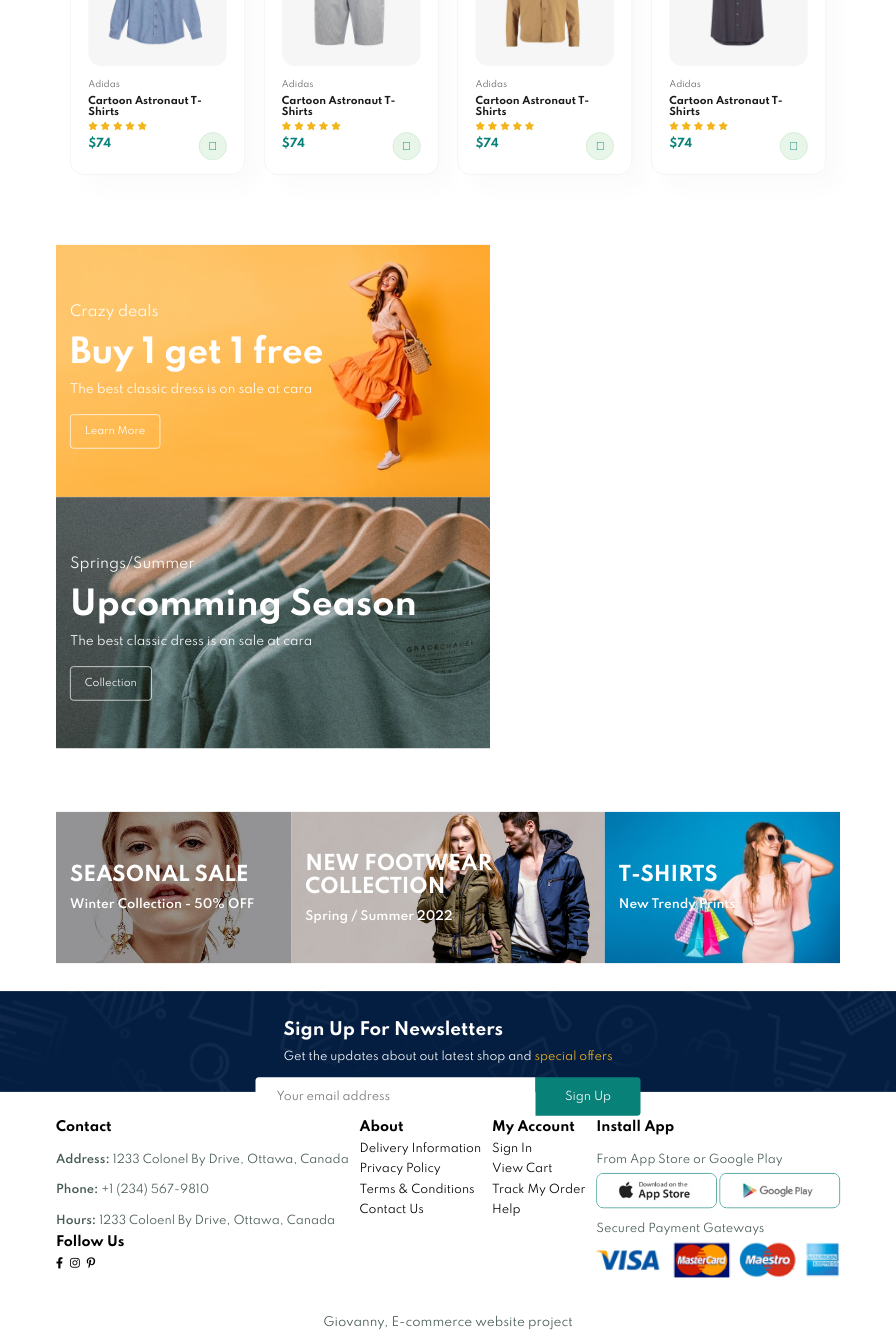
Repository: Daryllgio/E-Commerce-Website-UI
Page: index.html
An editor plug-in stored every save of this project. The page is shown before and after the next save, followed by the edit.
The browser window is 1280 px wide. The pictures show the part of the page from y = 3137 to 5057 px (the page is 5057 px tall), at 70% of full size.
Some web libraries are served in a nearby version.

Above is the page before, as saved 2025-01-09 08:56:28.

### index.html
<!DOCTYPE html>
<html lang="en">

<head>
    <meta charset="UTF-8">
    <meta http-equiv="X-UA-Compatible" content="IE=edge">
    <meta name="viewport" content="width=device-width, initial-scale=1.0">
    <title>Giovanny's Ecommerce UserInterface</title>
    <link rel="stylesheet" href="https://pro.fontawesome.com/releases/v5.10.0/css/all.css" />

    <link rel="stylesheet" href="style.css">
</head>

<body>
    <section id="header">
        <a href="#"><img src="img/logo.png" id="logo" class="logo" alt=""></a>

        <div>
            <ul id="navbar">
                <li>
                    <a class="active" href="index.html">Home</a>
                </li>
                <li>
                    <a href="shop.html">Shop</a>
                </li>
                <li>
                    <a href="contact.html">Contact</a>
                </li>
                <li id="lg-bag">
                    <a href="cart.html"><i class="fa fa-shopping-cart" aria-hidden="true"></i></a>
                </li>
                <a href="#" id="close"><i class="far fa-times"></i></a>

            </ul>
        </div>
        <div id="mobile">
            <a href="cart.html"><i class="fa fa-shopping-cart" aria-hidden="true"></i></a>
            <i id="bar" class="fas fa-outdent"></i>
        </div>
    </section>

    <section id="HomeHeaderContent">
        <h4>
            Trade-in-offer
        </h4>
        <h2>
            Super value deals
        </h2>
        <h1>
            On all products
        </h1>
        <p>
            Save more with Coupons & up to 70% off !
        </p>
        <button>
            Shop now
        </button>

    </section>

    <section id="Features" class="section-p1">
        <div class="fe-box">
            <img src="img/features/f1.png" alt="">
            <h6>Free Shipping</h6>
        </div>
        <div class="fe-box">
            <img src="img/features/f2.png" alt="">
            <h6>Online Offer</h6>
        </div>
        <div class="fe-box">
            <img src="img/features/f3.png" alt="">
            <h6>Save Money</h6>
        </div>
        <div class="fe-box">
            <img src="img/features/f4.png" alt="">
            <h6>Promotions</h6>
        </div>
        <div class="fe-box">
            <img src="img/features/f5.png" alt="">
            <h6>Happy Sell</h6>
        </div>
        <div class="fe-box">
            <img src="img/features/f6.png" alt="">
            <h6>F24/7 Support</h6>
        </div>
    </section>

    <section id="product1" class="section-p1">
        <h2>
            Feautured Products
        </h2>
        <p>
            Summer Collection New Morden Design
        </p>
        <div class="pro-container">
            <div class="pro">
                <img src="img/products/f1.jpg" alt="">
                <div class="des">
                    <span>Adidas</span>
                    <h5>Cartoon Astronaut T-Shirts</h5>
                    <div class="star">
                        <i class="fas fa-star"></i>
                        <i class="fas fa-star"></i>
                        <i class="fas fa-star"></i>
                        <i class="fas fa-star"></i>
                        <i class="fas fa-star"></i>
                    </div>
                    <div class="Shop">
                        <h4>$74</h4>
                        <a href="#"><i class="fal fa-shopping-cart "></i></a>
                    </div>

                </div>
            </div>

            <div class="pro">
                <img src="img/products/f2.jpg" alt="">
                <div class="des">
                    <span>Adidas</span>
                    <h5>Cartoon Astronaut T-Shirts</h5>
                    <div class="star">
                        <i class="fas fa-star"></i>
                        <i class="fas fa-star"></i>
                        <i class="fas fa-star"></i>
                        <i class="fas fa-star"></i>
                        <i class="fas fa-star"></i>
                    </div>
                    <div class="Shop">
                        <h4>$74</h4>
                        <a href="#"><i class="fal fa-shopping-cart "></i></a>
                    </div>

                </div>
            </div>

            <div class="pro">
                <img src="img/products/f3.jpg" alt="">
                <div class="des">
                    <span>Adidas</span>
                    <h5>Cartoon Astronaut T-Shirts</h5>
                    <div class="star">
                        <i class="fas fa-star"></i>
                        <i class="fas fa-star"></i>
                        <i class="fas fa-star"></i>
                        <i class="fas fa-star"></i>
                        <i class="fas fa-star"></i>
                    </div>
                    <div class="Shop">
                        <h4>$74</h4>
                        <a href="#"><i class="fal fa-shopping-cart "></i></a>
                    </div>

                </div>
            </div>

            <div class="pro">
                <img src="img/products/f4.jpg" alt="">
                <div class="des">
                    <span>Adidas</span>
                    <h5>Cartoon Astronaut T-Shirts</h5>
                    <div class="star">
                        <i class="fas fa-star"></i>
                        <i class="fas fa-star"></i>
                        <i class="fas fa-star"></i>
                        <i class="fas fa-star"></i>
                        <i class="fas fa-star"></i>
                    </div>
                    <div class="Shop">
                        <h4>$74</h4>
                        <a href="#"><i class="fal fa-shopping-cart "></i></a>
                    </div>

                </div>
            </div>

            <div class="pro">
                <img src="img/products/f5.jpg" alt="">
                <div class="des">
                    <span>Adidas</span>
                    <h5>Cartoon Astronaut T-Shirts</h5>
                    <div class="star">
                        <i class="fas fa-star"></i>
                        <i class="fas fa-star"></i>
                        <i class="fas fa-star"></i>
                        <i class="fas fa-star"></i>
                        <i class="fas fa-star"></i>
                    </div>
                    <div class="Shop">
                        <h4>$74</h4>
                        <a href="#"><i class="fal fa-shopping-cart "></i></a>
                    </div>

                </div>
            </div>

            <div class="pro">
                <img src="img/products/f6.jpg" alt="">
                <div class="des">
                    <span>Adidas</span>
                    <h5>Cartoon Astronaut T-Shirts</h5>
                    <div class="star">
                        <i class="fas fa-star"></i>
                        <i class="fas fa-star"></i>
                        <i class="fas fa-star"></i>
                        <i class="fas fa-star"></i>
                        <i class="fas fa-star"></i>
                    </div>
                    <div class="Shop">
                        <h4>$74</h4>
                        <a href="#"><i class="fal fa-shopping-cart "></i></a>
                    </div>

                </div>
            </div>

            <div class="pro">
                <img src="img/products/f7.jpg" alt="">
                <div class="des">
                    <span>Adidas</span>
                    <h5>Cartoon Astronaut T-Shirts</h5>
                    <div class="star">
                        <i class="fas fa-star"></i>
                        <i class="fas fa-star"></i>
                        <i class="fas fa-star"></i>
                        <i class="fas fa-star"></i>
                        <i class="fas fa-star"></i>
                    </div>
                    <div class="Shop">
                        <h4>$74</h4>
                        <a href="#"><i class="fal fa-shopping-cart "></i></a>
                    </div>

                </div>
            </div>

            <div class="pro">
                <img src="img/products/f8.jpg" alt="">
                <div class="des">
                    <span>Adidas</span>
                    <h5>Cartoon Astronaut T-Shirts</h5>
                    <div class="star">
                        <i class="fas fa-star"></i>
                        <i class="fas fa-star"></i>
                        <i class="fas fa-star"></i>
                        <i class="fas fa-star"></i>
                        <i class="fas fa-star"></i>
                    </div>
                    <div class="Shop">
                        <h4>$74</h4>
                        <a href="#"><i class="fal fa-shopping-cart "></i></a>
                    </div>

                </div>
            </div>


        </div>
    </section>

    <section id="banner" class="section-p1">
        <p>Repair Services</p>
        <h2>Up to <span>70% off</span> - All T-Shirts & Accesories</h2>
        <button class="normal">Explore More</button>
    </section>

    <section id="product1" class="section-p1">
        <h2>
            New Arrival
        </h2>
        <p>
            Summer Collection New Morden Design
        </p>
        <div class="pro-container">
            <div class="pro">
                <img src="img/products/n1.jpg" alt="">
                <div class="des">
                    <span>Adidas</span>
                    <h5>Cartoon Astronaut T-Shirts</h5>
                    <div class="star">
                        <i class="fas fa-star"></i>
                        <i class="fas fa-star"></i>
                        <i class="fas fa-star"></i>
                        <i class="fas fa-star"></i>
                        <i class="fas fa-star"></i>
                    </div>
                    <div class="Shop">
                        <h4>$74</h4>
                        <a href="#"><i class="fal fa-shopping-cart "></i></a>
                    </div>

                </div>
            </div>

            <div class="pro">
                <img src="img/products/n2.jpg" alt="">
                <div class="des">
                    <span>Adidas</span>
                    <h5>Cartoon Astronaut T-Shirts</h5>
                    <div class="star">
                        <i class="fas fa-star"></i>
                        <i class="fas fa-star"></i>
                        <i class="fas fa-star"></i>
                        <i class="fas fa-star"></i>
                        <i class="fas fa-star"></i>
                    </div>
                    <div class="Shop">
                        <h4>$74</h4>
                        <a href="#"><i class="fal fa-shopping-cart "></i></a>
                    </div>

                </div>
            </div>

            <div class="pro">
                <img src="img/products/n3.jpg" alt="">
                <div class="des">
                    <span>Adidas</span>
                    <h5>Cartoon Astronaut T-Shirts</h5>
                    <div class="star">
                        <i class="fas fa-star"></i>
                        <i class="fas fa-star"></i>
                        <i class="fas fa-star"></i>
                        <i class="fas fa-star"></i>
                        <i class="fas fa-star"></i>
                    </div>
                    <div class="Shop">
                        <h4>$74</h4>
                        <a href="#"><i class="fal fa-shopping-cart "></i></a>
                    </div>

                </div>
            </div>

            <div class="pro">
                <img src="img/products/n4.jpg" alt="">
                <div class="des">
                    <span>Adidas</span>
                    <h5>Cartoon Astronaut T-Shirts</h5>
                    <div class="star">
                        <i class="fas fa-star"></i>
                        <i class="fas fa-star"></i>
                        <i class="fas fa-star"></i>
                        <i class="fas fa-star"></i>
                        <i class="fas fa-star"></i>
                    </div>
                    <div class="Shop">
                        <h4>$74</h4>
                        <a href="#"><i class="fal fa-shopping-cart "></i></a>
                    </div>

                </div>
            </div>

            <div class="pro">
                <img src="img/products/n5.jpg" alt="">
                <div class="des">
                    <span>Adidas</span>
                    <h5>Cartoon Astronaut T-Shirts</h5>
                    <div class="star">
                        <i class="fas fa-star"></i>
                        <i class="fas fa-star"></i>
                        <i class="fas fa-star"></i>
                        <i class="fas fa-star"></i>
                        <i class="fas fa-star"></i>
                    </div>
                    <div class="Shop">
                        <h4>$74</h4>
                        <a href="#"><i class="fal fa-shopping-cart "></i></a>
                    </div>

                </div>
            </div>

            <div class="pro">
                <img src="img/products/n6.jpg" alt="">
                <div class="des">
                    <span>Adidas</span>
                    <h5>Cartoon Astronaut T-Shirts</h5>
                    <div class="star">
                        <i class="fas fa-star"></i>
                        <i class="fas fa-star"></i>
                        <i class="fas fa-star"></i>
                        <i class="fas fa-star"></i>
                        <i class="fas fa-star"></i>
                    </div>
                    <div class="Shop">
                        <h4>$74</h4>
                        <a href="#"><i class="fal fa-shopping-cart "></i></a>
                    </div>

                </div>
            </div>

            <div class="pro">
                <img src="img/products/n7.jpg" alt="">
                <div class="des">
                    <span>Adidas</span>
                    <h5>Cartoon Astronaut T-Shirts</h5>
                    <div class="star">
                        <i class="fas fa-star"></i>
                        <i class="fas fa-star"></i>
                        <i class="fas fa-star"></i>
                        <i class="fas fa-star"></i>
                        <i class="fas fa-star"></i>
                    </div>
                    <div class="Shop">
                        <h4>$74</h4>
                        <a href="#"><i class="fal fa-shopping-cart "></i></a>
                    </div>

                </div>
            </div>

            <div class="pro">
                <img src="img/products/n8.jpg" alt="">
                <div class="des">
                    <span>Adidas</span>
                    <h5>Cartoon Astronaut T-Shirts</h5>
                    <div class="star">
                        <i class="fas fa-star"></i>
                        <i class="fas fa-star"></i>
                        <i class="fas fa-star"></i>
                        <i class="fas fa-star"></i>
                        <i class="fas fa-star"></i>
                    </div>
                    <div class="Shop">
                        <h4>$74</h4>
                        <a href="#"><i class="fal fa-shopping-cart "></i></a>
                    </div>

                </div>
            </div>


        </div>
    </section>

    <section id="sm-banner" class="section-p1">
        <div class="banner-box">
            <p>
                Crazy deals
            </p>
            <h2>
                Buy 1 get 1 free
            </h2>
            <span>
                The best classic dress is on sale at cara
            </span>
            <button class="normal">
                Learn More
            </button>
        </div>
        <div class="banner-box">
            <p>
                Springs/Summer
            </p>
            <h2>
                Upcomming Season
            </h2>
            <span>
                The best classic dress is on sale at cara
            </span>
            <button class="normal">
                Collection
            </button>
        </div>
    </section>

    <section id="sm-banner2" class="section-p1">
        <div class="banner-box">
            <h3>
                SEASONAL SALE
            </h3>
            <span>
                Winter Collection - 50% OFF
            </span>
        </div>
        <div class="banner-box">
            <h3>
                NEW FOOTWEAR COLLECTION
            </h3>
            <span>
                Spring / Summer 2022
            </span>
        </div>
        <div class="banner-box">
            <h3>
                T-SHIRTS
            </h3>
            <span>
                New Trendy Prints
            </span>
        </div>

    </section>

    <section id="sm-NewsLetter" class="section-p1">
        <div class="Newsletters-Container">
            <div class="Newsletters-Text">
                <h3>Sign Up For Newsletters</h3>
                <p> Get the updates about out latest shop and <span>special offers</span></p>
            </div>
            <div class="Newsletters-Input">
                <input placeholder="Your email address" />
                <button>
                    Sign Up
                </button>
            </div>
        </div>
    </section>

    <section id="Footer" class="section-p1">
        <div class="Footer-box">
            <h3>Contact</h3>
            <p><span>Address: </span>1233 Colonel By Drive, Ottawa, Canada</p>
            <p><span>Phone: </span>+1 (234) 567-9810</span></p>
            <p><span>Hours: </span>1233 Coloenl By Drive, Ottawa, Canada</p>
            <h3>Follow Us</h3>

            <div class="Social-Icons">
                <i class="fab fa-facebook-f"></i>
                <i class="fab fa-instagram"></i>
                <i class="fab fa-pinterest-p"></i>
            </div>
        </div>

        <div class="Footer-box">
            <h3>About</h3>
            <a href="#">Delivery Information</a>
            <a href="#">Privacy Policy</a>
            <a href="#">Terms & Conditions</a>
            <a href="contact.html">Contact Us</a>
        </div>

        <div class="Footer-box">
            <h3>My Account</h3>
            <a href="#">Sign In</a>
            <a href="cart.html">View Cart</a>
            <a href="#">Track My Order</a>
            <a href="#">Help</a>
        </div>

        <div class="Footer-box">
            <h3>Install App</h3>
            <p>From App Store or Google Play</p>
            <div class="Pay-Container">
                <img src="img/pay/app.jpg" class="pay" alt="">
                <img src="img/pay/play.jpg" class="pay" alt="">

            </div>
            <p>Secured Payment Gateways</p>
            <img src="img/pay/pay.png" alt="">

        </div>

    </section>
    <div id="copyright">
        <p>
            Giovanny, E-commerce website project
        </p>
    </div>

    <script src="script.js"></script>
</body>

</html>

Loaded but not shown: script.js (43 lines, source omitted); style.css (1117 lines, source omitted)

After the next save:
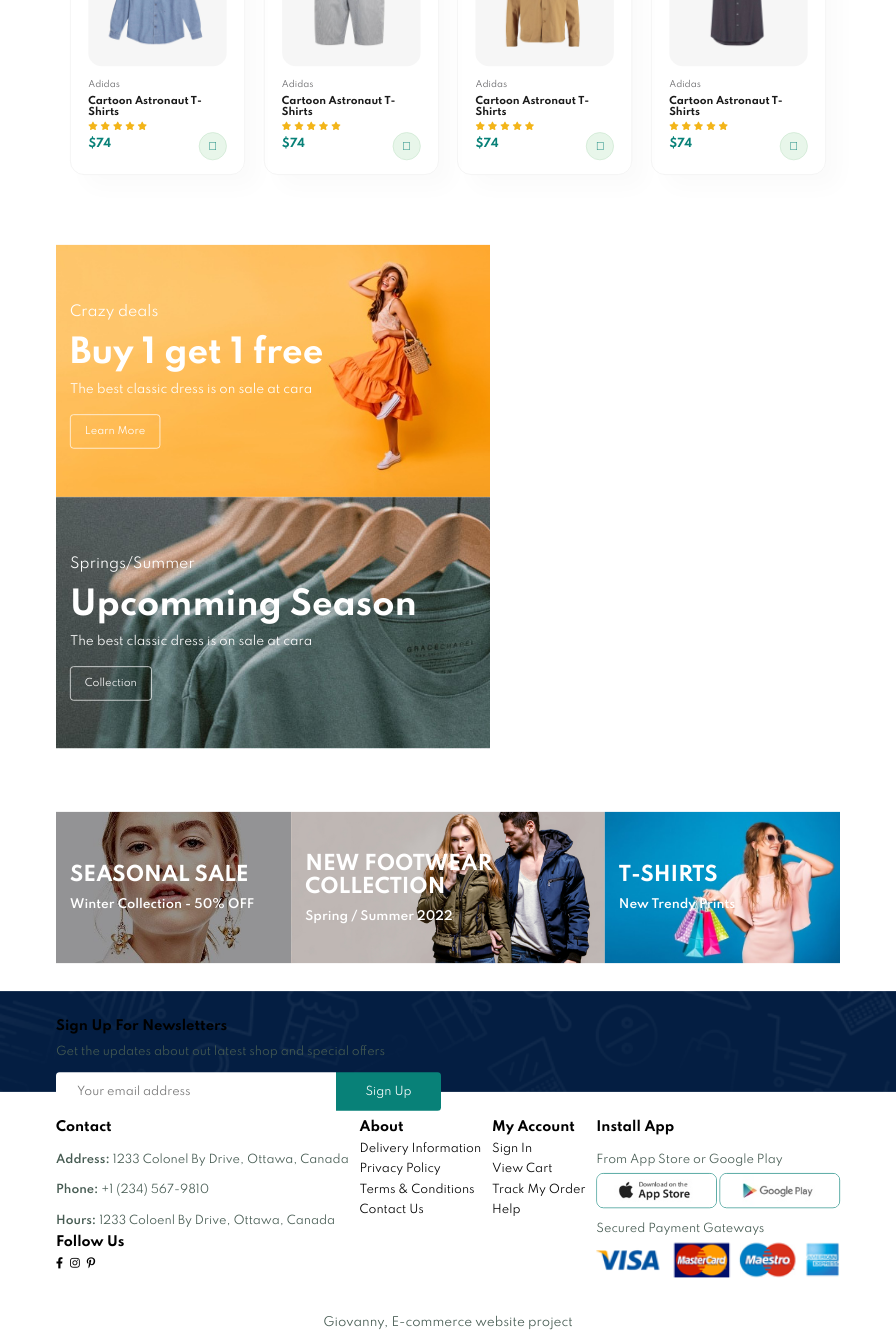
Saved 89 s later.
--- a/index.html
+++ b/index.html
@@ -495,18 +495,18 @@
     </section>
 
     <section id="sm-NewsLetter" class="section-p1">
-        <div class="Newsletters-Container">
-            <div class="Newsletters-Text">
-                <h3>Sign Up For Newsletters</h3>
-                <p> Get the updates about out latest shop and <span>special offers</span></p>
-            </div>
-            <div class="Newsletters-Input">
-                <input placeholder="Your email address" />
-                <button>
-                    Sign Up
-                </button>
-            </div>
-        </div>
+
+        <div class="Newsletters-Text">
+            <h3>Sign Up For Newsletters</h3>
+            <p> Get the updates about out latest shop and <span>special offers</span></p>
+        </div>
+        <div class="Newsletters-Input">
+            <input placeholder="Your email address" />
+            <button>
+                Sign Up
+            </button>
+        </div>
+
     </section>
 
     <section id="Footer" class="section-p1">
